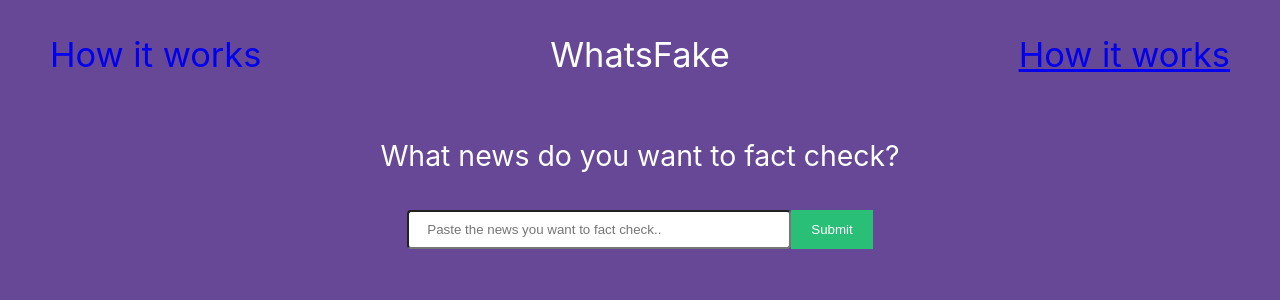
Repository: alkalox/FakeNews
Page: /
The author's editor kept a copy of each file at every save. The page is drawn from the files as they stood at one save, then again after a run of saves.
The browser window is 1280 px wide. The pictures show the whole page.
The project was rebuilt for these pictures with package versions that can differ from the ones it lists, and the page was loaded fresh each time.

Above is the page before, as saved 2019-04-23 19:55:50.

### src/App.js
import React, { Component } from 'react';
import { BrowserRouter as Router, Route, Link } from "react-router-dom";
import './App.css';

class App extends Component {
  render () {
    return (
    <Router>
      <div>
        <Route path="/" exact component={Home} />
        <Route path="/howitworks" exact component={How} />
      </div>
    </Router>)
  }
}

class Home extends Component {
  constructor(props) {
    super(props);
    this.state = {
      value: '',
      str: '',
      result: '',
      isResult: false,
    };

    this.handleChange = this.handleChange.bind(this);
    this.handleSubmit = this.handleSubmit.bind(this);
  }

  handleChange(event) {
    this.setState({value: event.target.value});
  }

  handleSubmit(event) {
    this.setState({str: this.state.value});
    this.getPrediction();
    event.preventDefault();
  }

  getPrediction = async() => {
    const response = await fetch('http://127.0.0.1:5000/string?stringname=' + this.state.value)
    const convert = await response.json()
    this.setState({result:convert})
    this.setState({isResult:true})
  }


  render() {
    return (
      <div className="App">
        <div className = "Header">
          <header className="App-header">
            <p className = "left">
              <Link to="/howitworks" style={{ textDecoration: 'none' }}>How it works</Link>
            </p>
            <p>
              WhatsFake
            </p>
            <p className = "right">
              <Link to="/howitworks">How it works</Link>
            </p>
          </header>
          <p className ="text">
            What news do you want to fact check?
          </p>
          <div className="Form">
            <form onSubmit={this.handleSubmit}>
              <label>
                <input
                  type="text"
                  value={this.state.value}
                  onChange={this.handleChange}
                  placeholder = "Paste the news you want to fact check.."
                  className ="input" />
              </label>
              <input type="submit" value="Submit" className ="submit" />
            </form>
          </div>
          {this.state.isResult ? (<div className = "result">
            <p> The entered news {this.state.value} is {this.state.result}</p>
            </div>) : ( <p></p>)}
        </div>
      </div>
    );
  }
}

class How extends Component {
  render () {
    return (
      <h1>
        This is how it works
      </h1>
    )
  }
}



export default App;

### src/App.css
.App {
  text-align: center;
}
.Header {
  text-align: center;
  background-color: #664897;
  min-height: 100vh;
}
.App-header {
  display: flex;
  flex-direction: row;
  align-items: center;
  justify-content: space-between;
  font-size: calc(20px + 2vmin);
  color: white;
  margin: 150px,
}

.left {
  color: white;
  padding-left: 50px;
}
.right {
  padding-right: 50px;
}
.input {
  width: 30%;
  padding: 10px 18px;
  margin: 8px 0;
  box-sizing: border-box;
  border-radius: 4px;
}

.submit {
  background-color: rgba(36, 202, 116, 0.918);
  border: none;
  color: white;
  padding: 12px 20px;
  text-decoration: none;
  margin: 8px 0px;
  cursor: pointer;
}

.text {
  display: flex;
  flex-direction: column;
  align-items: center;
  justify-content: center;
  font-size: calc(14px + 2vmin);
  color: white;
}

.result {
  display: flex;
  flex-direction: column;
  align-items: center;
  justify-content: center;
  font-size: calc(14px + 2vmin);
  color: white;
}

Loaded but not shown: public/index.html (common file); src/index.js (common file); src/index.css (common file); src/serviceWorker.js (common file)

After the next 2 saves:
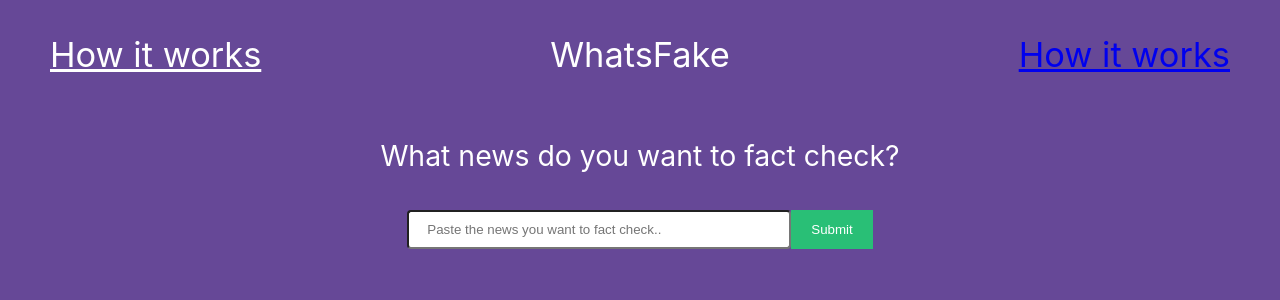
The 2 saves are shown as one change because 1 did not build or start.
The last was saved 63 s later.
--- a/src/App.js
+++ b/src/App.js
@@ -52,7 +52,7 @@ class Home extends Component {
         <div className = "Header">
           <header className="App-header">
             <p className = "left">
-              <Link to="/howitworks" style={{ textDecoration: 'none' }}>How it works</Link>
+              <Link to="/howitworks" style={{color: 'white'}}>How it works</Link>
             </p>
             <p>
               WhatsFake
